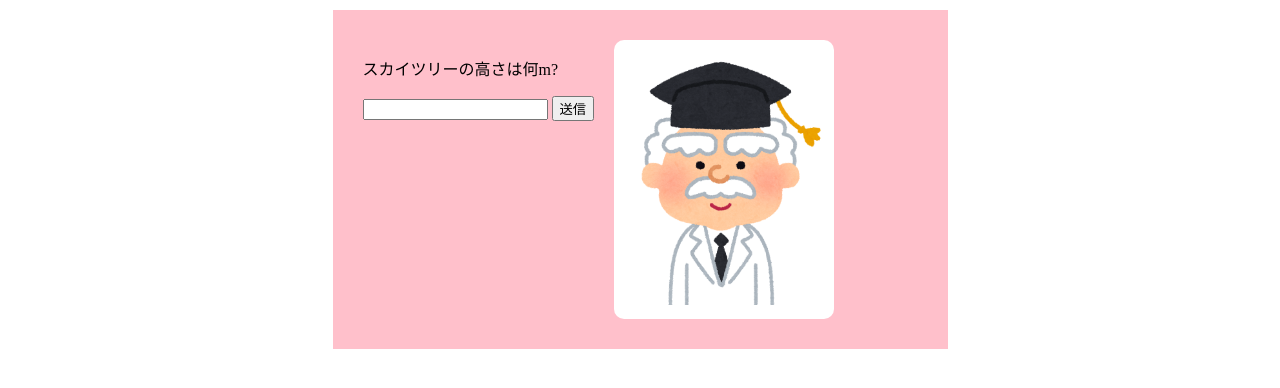
Repository: cshm225/jsplesson
Page: http://localhost/quiz/
An editor plug-in stored every save of this project. The page is shown before and after the next save, followed by the edit.
The browser window is 1280 px wide. The pictures show the whole page.
The page is served by Tomcat 9.

Above is the page before, as saved 2022-05-25 05:14:29.

After the next save:
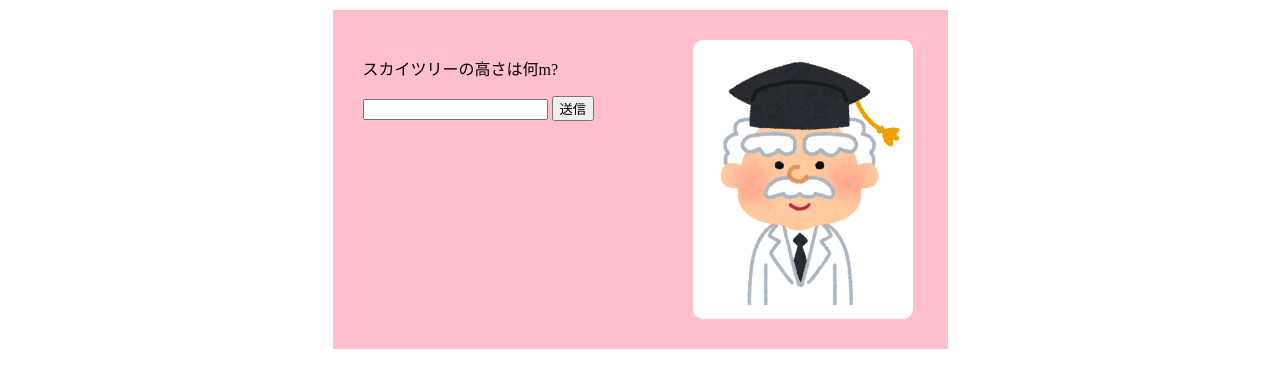
Saved 67 s later.
--- a/quiz/WebContent/css/main.css
+++ b/quiz/WebContent/css/main.css
@@ -8,6 +8,7 @@
 }
 #boxA{
 	margin-right:20px;
+	width:310px;
 }
 #boxB .imgbox{
 	border-radius:10px;
